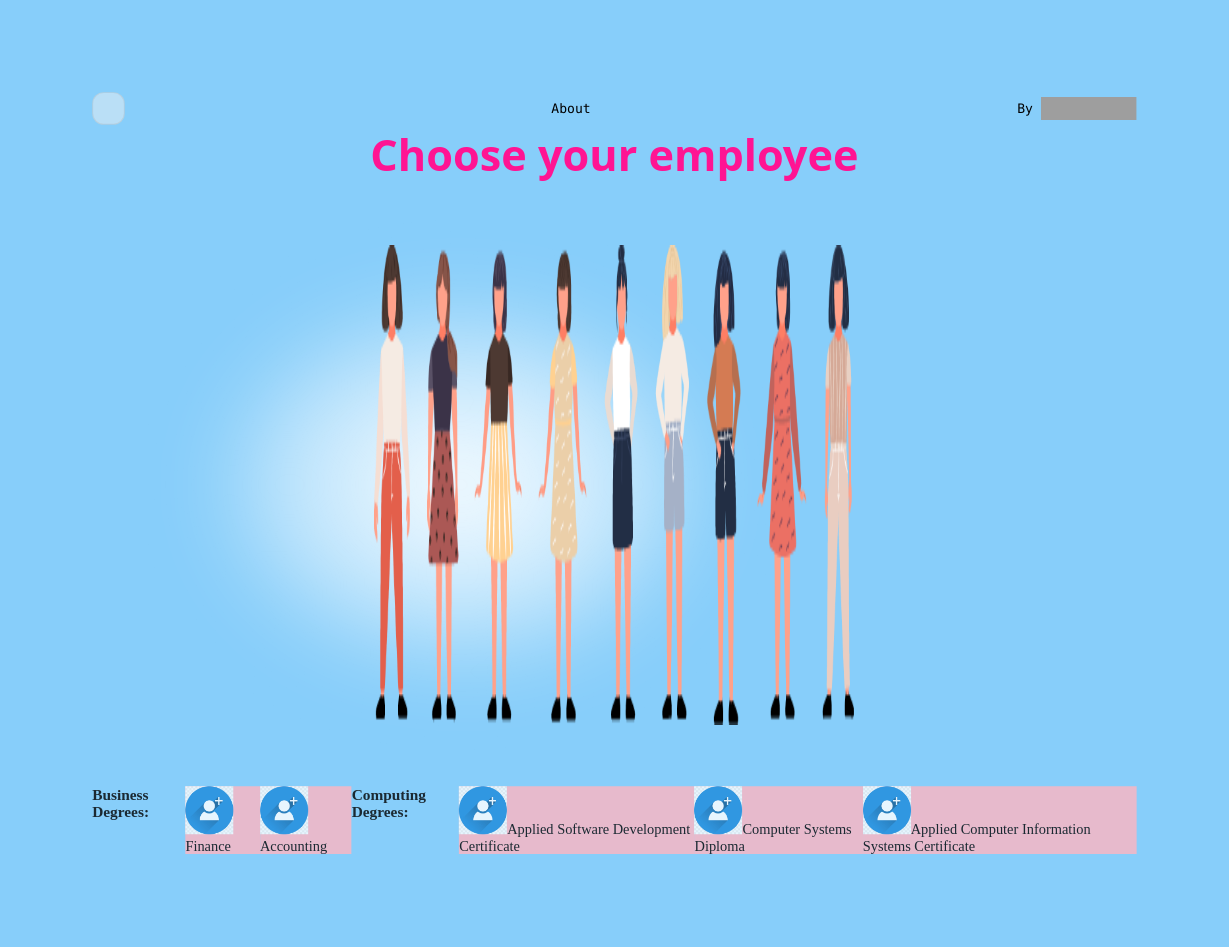
Repository: bguemos/week3example
Page: /
The author's editor kept a copy of each file at every save. The page is drawn from the files as they stood at one save, then again after the next save.
The browser window is 1280 px wide. The pictures show the whole page, at 96% of full size.
Pictures or frames that could not be fetched are drawn as grey boxes. The project was rebuilt for these pictures with package versions that can differ from the ones it lists, and the page was loaded fresh each time. The framework's server and built-in components were replaced by stand-ins that run in the browser. Also part of the build but not shown: next.config.js.

Above is the page before, as saved 2023-01-22 18:00:19.

After the next save:
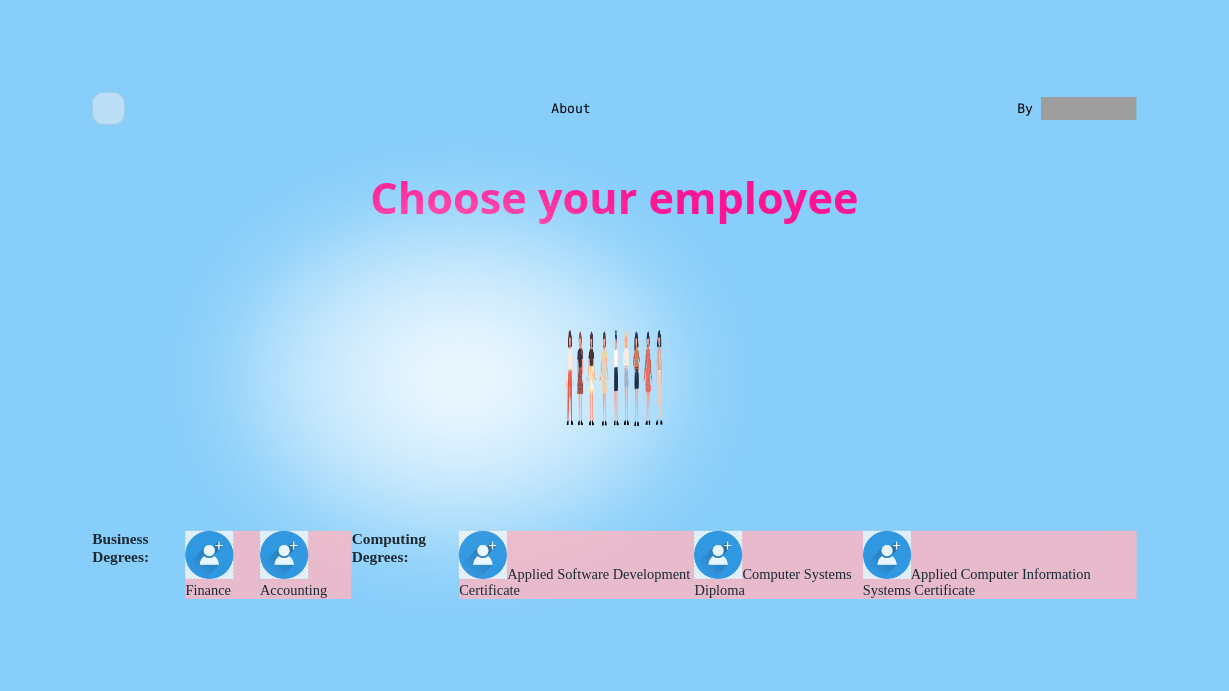
Saved 13 s later.
--- a/pages/index.js
+++ b/pages/index.js
@@ -52,8 +52,8 @@
             className={styles.logo}
             src="/women.png"
             alt="womanLogo"
-            width={500}
-            height={500}
+            width={100}
+            height={100}
             priority
           />
 
